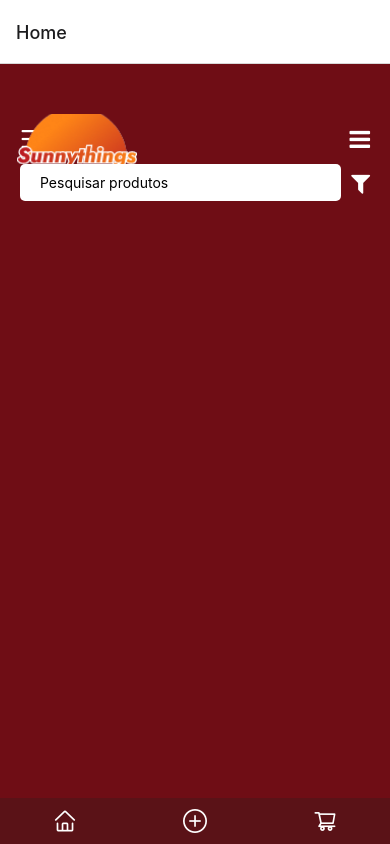
Repository: Luizzzin/SuperMercado
Screen: / (app in suny/)
An editor plug-in stored every save of this project. The screen is shown before and after a run of saves, followed by the edit.
The app was drawn by React Native's web renderer in a window 390 px wide. The project was rebuilt for these pictures with package versions that can differ from the ones it lists, and the page was loaded fresh each time.

Above is the screen before, as saved 2024-05-09 11:22:59.

### suny/App.js
import React from 'react';
import { NavigationContainer } from '@react-navigation/native';
import { createStackNavigator } from '@react-navigation/stack';
import Routes from './routes'; // Importe o componente Routes

const Stack = createStackNavigator();

const App = () => {
  return <Routes />;
}

export default App;

### suny/routes.js
import React from 'react';
import { NavigationContainer } from '@react-navigation/native';
import { createStackNavigator } from '@react-navigation/stack';
import HomeScreen from './HomeScreen'; // Importe o componente HomeScreen

const Stack = createStackNavigator();

const Routes = () => {
  return (
    <NavigationContainer>
      <Stack.Navigator>
        <Stack.Screen name="Home" component={HomeScreen} />
        {/* Aqui você adicionaria outras telas */}
      </Stack.Navigator>
    </NavigationContainer>
  );
}

export default Routes;

### suny/HomeScreen.js
import React from 'react';
import { View, Text, StyleSheet, TouchableOpacity, TextInput, Image, ScrollView } from 'react-native';
import { AntDesign, FontAwesome } from '@expo/vector-icons'; // Certifique-se de instalar o pacote expo-vector-icons

const HomeScreen = () => {
  return (
    <View style={styles.container}>
      {/* Header */}
      <View style={styles.header}>
        <TouchableOpacity onPress={() => console.log("Menu clicked")}>
          <AntDesign name="menu-fold" size={24} color="white" />
        </TouchableOpacity>
        <Image source={require('./path/to/your/logo.png')} style={styles.logo} />
        <TouchableOpacity onPress={() => console.log("Hamburger clicked")}>
          <FontAwesome name="bars" size={24} color="white" />
        </TouchableOpacity>
      </View>

      {/* Search Bar */}
      <View style={styles.searchBar}>
        <TextInput
          style={styles.input}
          placeholder="Pesquisar produtos"
        />
        <TouchableOpacity onPress={() => console.log("Filter clicked")}>
          <FontAwesome name="filter" size={24} color="white" />
        </TouchableOpacity>
      </View>

      {/* Category Carousel */}
      <ScrollView horizontal style={styles.carousel}>
        {/* Render your 7 category images here */}
      </ScrollView>

      {/* Product Cards */}
      <ScrollView style={styles.productContainer}>
        {/* Render your product cards here */}
      </ScrollView>

      {/* Tab Bar */}
      <View style={styles.tabBar}>
        <TouchableOpacity onPress={() => console.log("Home clicked")} style={styles.tabItem}>
          <AntDesign name="home" size={24} color="white" />
        </TouchableOpacity>
        <TouchableOpacity onPress={() => console.log("Add clicked")} style={styles.tabItem}>
          <AntDesign name="pluscircleo" size={24} color="white" />
        </TouchableOpacity>
        <TouchableOpacity onPress={() => console.log("Cart clicked")} style={styles.tabItem}>
          <AntDesign name="shoppingcart" size={24} color="white" />
        </TouchableOpacity>
      </View>
    </View>
  );
}

const styles = StyleSheet.create({
  container: {
    flex: 1,
    backgroundColor: '#6F0D15',
  },
  header: {
    flexDirection: 'row',
    justifyContent: 'space-between',
    alignItems: 'center',
    paddingHorizontal: 20,
    paddingTop: 50,
  },
  logo: {
    width: 120,
    height: 50,
    right: 120,
  },
  searchBar: {
    flexDirection: 'row',
    alignItems: 'center',
    paddingHorizontal: 20,
    marginTop: 0,
  },
  input: {
    flex: 1,
    backgroundColor: 'white',
    borderRadius: 5,
    paddingVertical: 10,
    paddingHorizontal: 20,
    marginRight: 10,
  },
  carousel: {
    marginTop: 20,
    paddingHorizontal: 20,
    marginBottom: 20,
  },
  productContainer: {
    paddingHorizontal: 20,
  },
  tabBar: {
    flexDirection: 'row',
    justifyContent: 'space-around',
    backgroundColor: '#5A1217',
    paddingVertical: 10,
  },
  tabItem: {
    flex: 1,
    alignItems: 'center',
  },
});

export default HomeScreen;

After the next 4 saves:
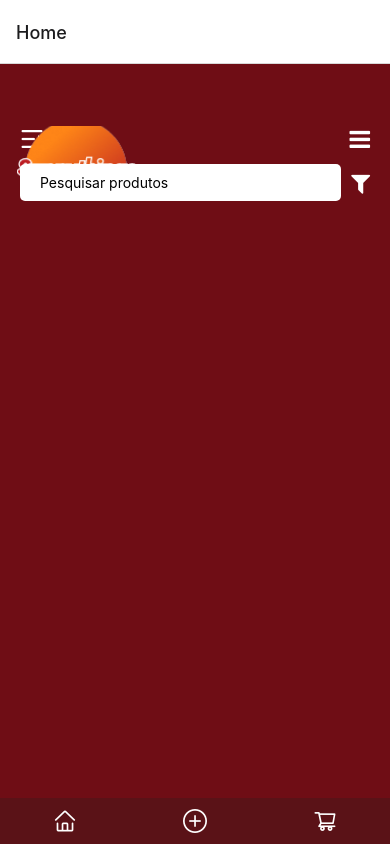
The 4 saves are shown as one change because they came seconds apart.
The last was saved 17 s later.
--- a/suny/HomeScreen.js
+++ b/suny/HomeScreen.js
@@ -69,6 +69,7 @@
     width: 120,
     height: 50,
     right: 120,
+    top: 12,
   },
   searchBar: {
     flexDirection: 'row',

After the save that followed:
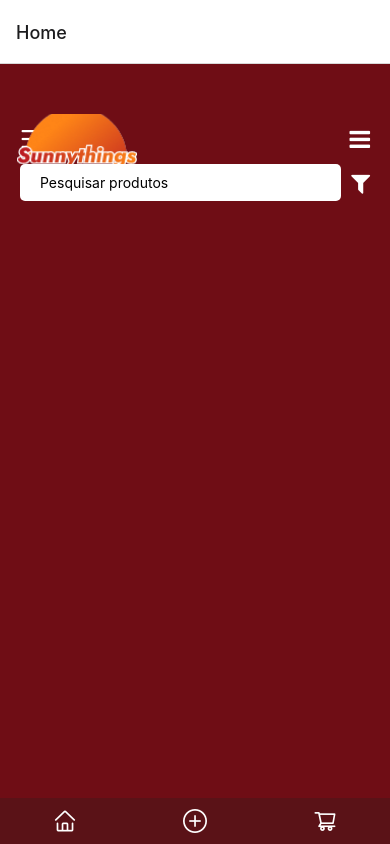
Saved 20 s later.
--- a/suny/HomeScreen.js
+++ b/suny/HomeScreen.js
@@ -69,7 +69,6 @@
     width: 120,
     height: 50,
     right: 120,
-    top: 12,
   },
   searchBar: {
     flexDirection: 'row',
